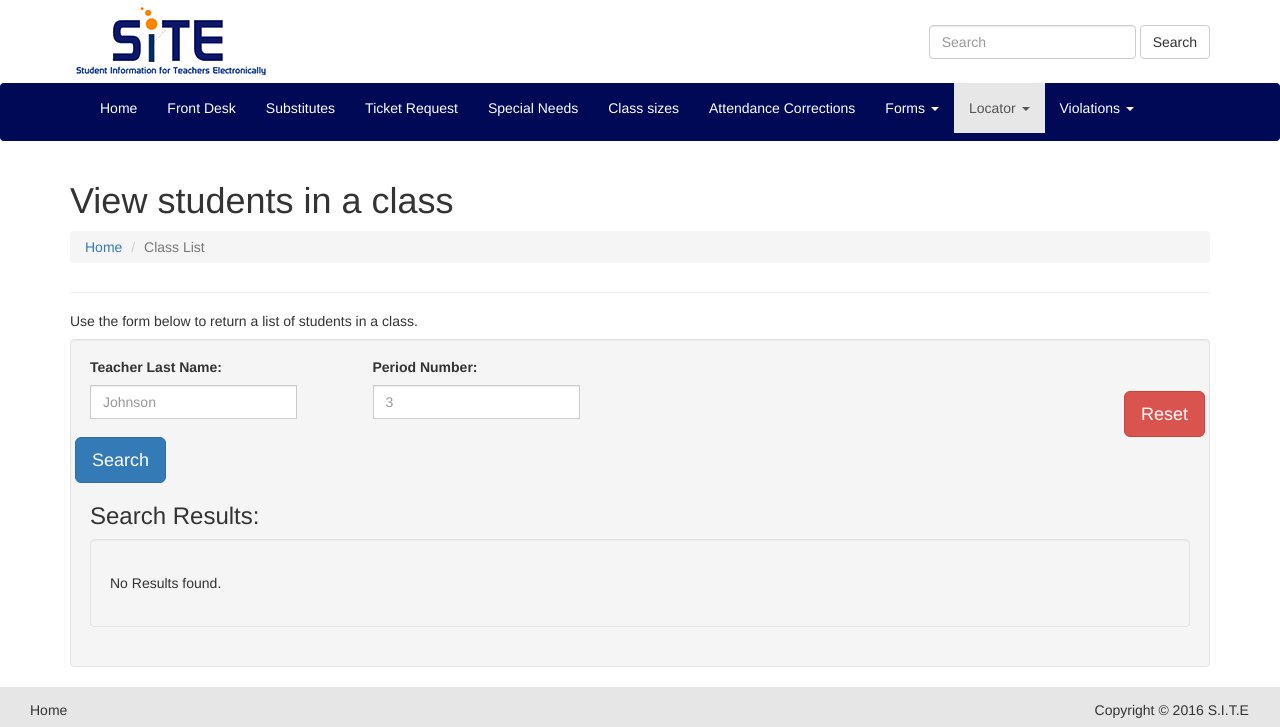
Repository: theFeez/S.I.T.E.
Page: workspace/class_list.html
The author's editor kept a record of every edit. The page is drawn from the files as they stood at one moment, then again after the next edit.
The browser window is 1280 px wide. The pictures show the whole page.
Some web libraries are served in a nearby version.

Above is the page before.

### workspace/class_list.html
<!DOCTYPE html>
<html lang="en">

<head>
  <meta charset="utf-8">
  <meta http-equiv="X-UA-Compatible" content="IE=edge">
  <meta name="viewport" content="width=device-width, initial-scale=1">
  <title>S.I.T.E</title>

  <!-- Bootstrap -->
  <link href="css/bootstrap.css" rel="stylesheet">

  <!--[if lt IE 9]>
      <script src="https://oss.maxcdn.com/html5shiv/3.7.2/html5shiv.min.js"></script>
      <script src="https://oss.maxcdn.com/respond/1.4.2/respond.min.js"></script>
    <![endif]-->
</head>

<body>
  <!-- Static header -->
  <div id="header">
    <nav class="navbar navbar-default navbar-white navbar-static-top">
      <div class="container">
        <div class="navbar-header">
          <a class="navbar-left" img="#"><img alt="Logo" src="images/site.png" class="logo"></a>
        </div>
        <form class="navbar-form navbar-right" role="search">
          <div class="form-group">
            <input type="text" class="form-control" placeholder="Search">
          </div>
          <button type="submit" class="btn btn-default">Search</button>
        </form>
      </div>
    </nav>
  </div>
  <div id="fixed">

  </div>
  <!-- Static navbar -->
  <nav class="navbar navbar-default nav_bar" style="margin-bottom:0">
    <div class="container">
      <div class="navbar-header">
        <button type="button" class="navbar-toggle collapsed" data-toggle="collapse" data-target="#bs-example-navbar-collapse-1" aria-expanded="false">
          <span class="sr-only">Toggle navigation</span>
          <span class="icon-bar"></span>
          <span class="icon-bar"></span>
          <span class="icon-bar"></span>
        </button>
        <div class="collapse navbar-collapse" id="bs-example-navbar-collapse-1">
          <ul class="nav navbar-nav">
            <!--HOME ACTIVE BTN--->
            <li><a href="main.html">Home </a></li>


            <!-- FRONT DESK BTN--->
            <li><a href="front_desk.html">Front Desk<span class="sr-only">(current)</span></a></li>

            <!-- SUBSTITUTE BTN--->
            <li><a href="substitutes.html">Substitutes</a></li>

            <!-- TICKET REQUEST BTN--->
            <li><a href="ticket_request.html">Ticket Request</a></li>

            <!-- FRONT DESK BTN--->
            <li><a href="special_needs.html">Special Needs</a></li>

            <!-- CLASS SIZE BTN--->
            <li><a href="class_sizes.html">Class sizes</a></li>

            <!-- ATTENDANCE CORRECTIONS BTN--->
            <li><a href="attendance_corrections.html">Attendance Corrections</a></li>

            <!-- FORMS DROPDOWN--->
            <li class="dropdown">
              <a href="#" class="dropdown-toggle" data-toggle="dropdown" role="button" aria-haspopup="true" aria-expanded="false">Forms <span class="caret"></span></a>
              <ul class="dropdown-menu">
                <li><a href="fieldtrip.html">Fieldtrip</a></li>
                <li><a href="prom_release.html">Prom Release</a></li>
                <li><a href="audit.html">Audit</a></li>
                <li role="separator" class="divider"></li>
                <li><a href="miscellaneous.html">Miscellaneous</a></li>
              </ul>

              <!-- FORMS DROPDOWN--->
              <li class="dropdown active">
                <a href="#" class="dropdown-toggle" data-toggle="dropdown" role="button" aria-haspopup="true" aria-expanded="false">Locator <span class="caret"></span></a>
                <ul class="dropdown-menu">
                  <li><a href="student_locator.html">Student Locator</a></li>
                  <li class="active"><a href="teacher_locator.html">Teacher Locator</a></li>
                </ul>
              </li>
            <!-- VIOLATIONS BTN--->
              <li class="dropdown">
                <a href="#" class="dropdown-toggle" data-toggle="dropdown" role="button" aria-haspopup="true" aria-expanded="false">Violations <span class="caret"></span></a>
                <ul class="dropdown-menu">
                  <li><a href="uniform_violation.html">Uniform Violation</a></li>
                  <li><a href="detention.html">Detention</a></li>
                  <li><a href="suspension.html">Suspension</a></li>
                </ul>
              </li>
          </ul>
        </div>
      </div>
    </div>
  </nav>
 <div class="container">
    <div class="page-header">
      <h1>View students in a class</h1>
      <ol class="breadcrumb">
        <li><a href="#">Home</a></li>
        <li class="active">Class List</li>
      </ol>
    </div>

  </div>
  <div class="container" style="margin-bottom:20px;">
    <p> Use the form below to return a list of students in a class.</p>
    <div class="well">
      <form action="demo.asp" method="get">
        <div class="row">
          <div class="col-lg-3">
            <p><b>Teacher Last Name:</b></p>
            <div class="input-group">
              <input type="text" class="form-control" placeholder="Johnson">
            </div>
            <!-- /input-group -->
          </div>
          <!-- /.col-lg-6 -->
          <div class="col-lg-3">
            <p><b>Period Number:</b></p>
            <div class="input-group">
              <input type="text" class="form-control" placeholder="3">
            </div>
            <!-- /input-group -->
          </div>
        <br>
        <br>
        <div class="row">
          <div class="col-lg-6">
            <button type="reset" value="Reset" class="btn btn-lg btn-danger pull-right">Reset</button>
            <!--<button type="button" class="btn btn-lg btn-danger pull-right">&nbsp Clear &nbsp</button>-->
          </div>
          <div class="col-lg-6">
            <button type="button" class="btn btn-lg btn-primary">Search</button>
          </div>
      </form>
      </div>
    </div>
 <h3>Search Results:</h3>
    <div class="well">
      <br>
      No Results found.
      <br>
      <br>
      </div>
  </div>
  </div>
    <!-- Footer-->
   <nav class="navbar-default-grey footer">
    <div class="container-fluid">
      <p class="navbar-text navbar-text-footer navbar-left">Home</p>
      <p class="navbar-text navbar-text-footer navbar-right">Copyright &#169; 2016 S.I.T.E &nbsp &nbsp &nbsp &nbsp</p>
    </div>
  </nav>
  <!-- jQuery (necessary for Bootstrap's JavaScript plugins) -->
  <script src="https://ajax.googleapis.com/ajax/libs/jquery/1.11.3/jquery.min.js"></script>
  <script src="script.js"></script>
  <!-- Include all compiled plugins (below), or include individual files as needed -->
  <script src="js/bootstrap.min.js"></script>
</body>
</html>

### workspace/script.js
    $(function () {
		function closeSearch() {
            var $form = $('.navbar-collapse form[role="search"].active')
    		$form.find('input').val('');
			$form.removeClass('active');
		}

		// Show Search if form is not active // event.preventDefault() is important, this prevents the form from submitting
		$(document).on('click', '.navbar-collapse form[role="search"]:not(.active) button[type="submit"]', function(event) {
			event.preventDefault();
			var $form = $(this).closest('form'),
				$input = $form.find('input');
			$form.addClass('active');
			$input.focus();
		});
		// ONLY FOR DEMO // Please use $('form').submit(function(event)) to track from submission
		// if your form is ajax remember to call `closeSearch()` to close the search container
		$(document).on('click', '.navbar-collapse form[role="search"].active button[type="submit"]', function(event) {
			event.preventDefault();
			var $form = $(this).closest('form'),
				$input = $form.find('input');
			$('#showSearchTerm').text($input.val());
            closeSearch()
		});
    });

    // fixes the navbar thing to stick to top
    $(document).ready(function() {
  $(window).scroll(function () {

      //if you hard code, then use console
      //.log to determine when you want the
      //nav bar to stick.
    if ($(window).scrollTop() > 71) {
    	$('#fixed').show();
      $('.nav_bar').addClass('navbar-fixed-top');
    }

    if ($(window).scrollTop() < 71) {
    	$('#fixed').hide();
      $('.nav_bar').removeClass('navbar-fixed-top');
    }
  });
});


//smooth scroll to top
$("#homebtn").click(function() {
    $('html, body').animate({
        scrollTop: $("#header").offset().top
    }, 500);
});

//promt for password to exsit front desk kiosk
function passWord() {
var testV = 1;
var pass1 = prompt('Please Enter The Password',' ');
while (testV < 2) {
if (!pass1)
window.open("front_desk.html","_self");
if (pass1.toLowerCase() == "admin") {
window.open("main.html","_self");
break;
}
testV+=1;
var pass1 =
prompt('Access Denied - Password Incorrect, Please Try Again.','Password');
}
if (pass1.toLowerCase()!="password" & testV ==3)
history.go(-1);
return " ";
}

//for PTSA Page
var tabbed ="shop";
$("#donate").click(function(){
    $("#shopbody").hide();
    $("#paybody").hide();
    $("#"+tabbed).removeClass('active');
    $("#donate").addClass('active');
    $("#donatebody").show();
    tabbed="donate";
});

$("#payment").click(function(){
    $("#shopbody").hide();
    $("#donatebody").hide();
    $("#"+tabbed).removeClass('active');
    $("#payment").addClass('active');
    $("#paybody").show();
    tabbed="payment";
});

$("#shop").click(function(){
    $("#donatebody").hide();
    $("#paybody").hide();
    $("#"+tabbed).removeClass('active');
    $("#shopbody").show();
    $("#shop").addClass('active');
    tabbed="shop";
});

 function paygood(){
    $("#paybanner").fadeIn(1000).delay(2000).fadeOut(3000);
}

Loaded but not shown: workspace/css/bootstrap.css (library); workspace/js/bootstrap.min.js (library)

After the next edit:
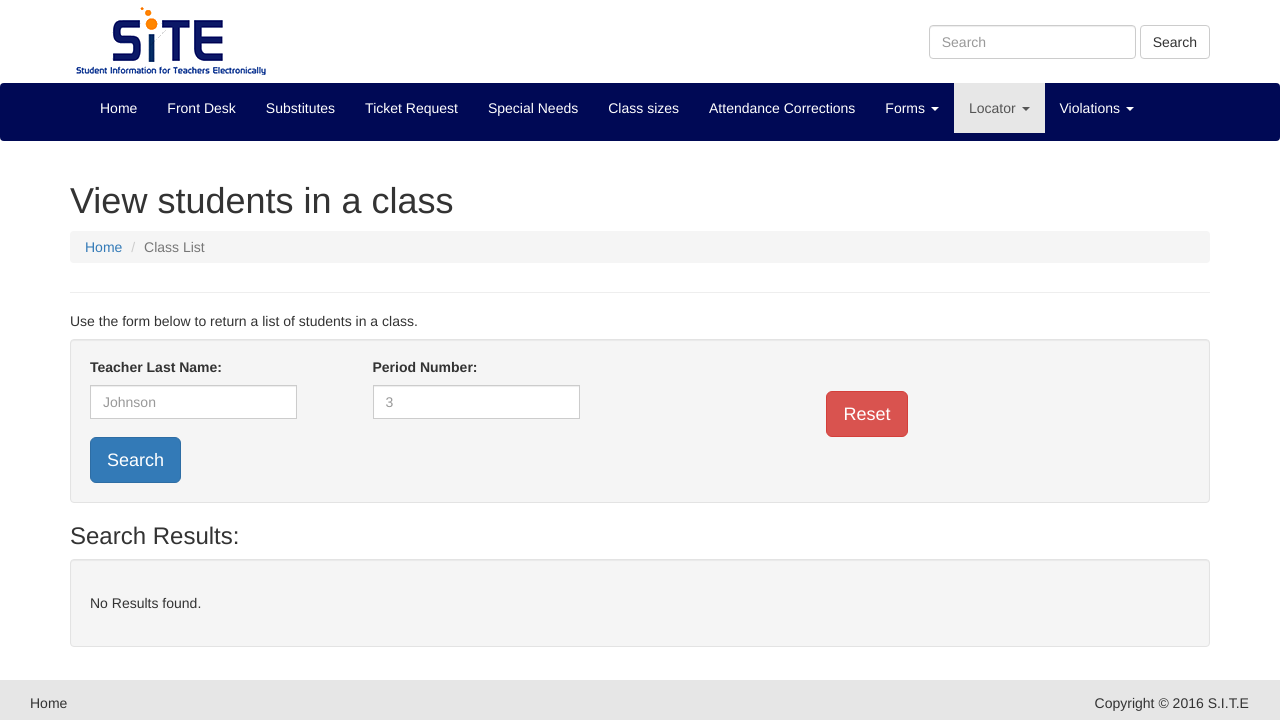
The edit:
--- a/workspace/class_list.html
+++ b/workspace/class_list.html
@@ -135,8 +135,7 @@
           </div>
         <br>
         <br>
-        <div class="row">
-          <div class="col-lg-6">
+          <div class="col-lg-3">
             <button type="reset" value="Reset" class="btn btn-lg btn-danger pull-right">Reset</button>
             <!--<button type="button" class="btn btn-lg btn-danger pull-right">&nbsp Clear &nbsp</button>-->
           </div>
